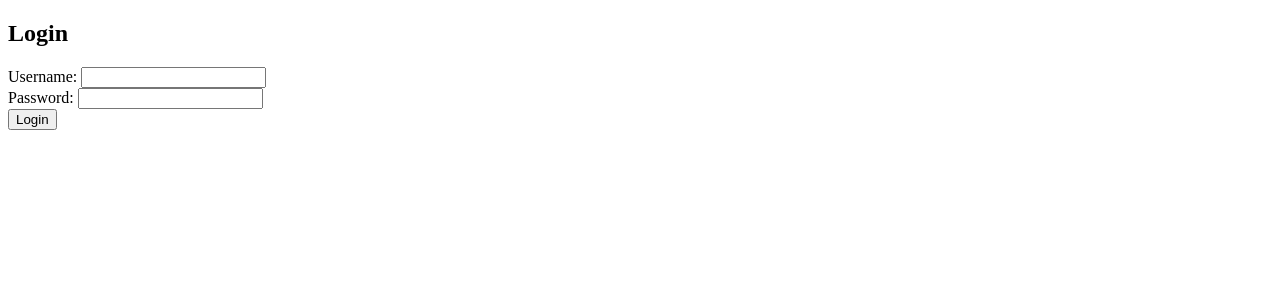
Repository: NguyenHuy-lang/RestaurantMicroserviceFrontEnd
Page: login.html
An editor plug-in stored every save of this project. The page is shown before and after a run of saves, followed by the edit.
The browser window is 1280 px wide. The pictures show the whole page.

Above is the page before, as saved 2023-06-07 05:52:06.

### login.html
<!DOCTYPE html>
<html>
<head>
  <title>Login Form</title>
</head>
<body>
  <form>
    <h2>Login</h2>
    <label for="username">Username:</label>
    <input type="text" id="username" name="username" required>
    <br>
    <label for="password">Password:</label>
    <input type="password" id="password" name="password" required>
    <br>
    <input type="submit" value="Login">
  </form>
</body>
</html>

After the next 5 saves:
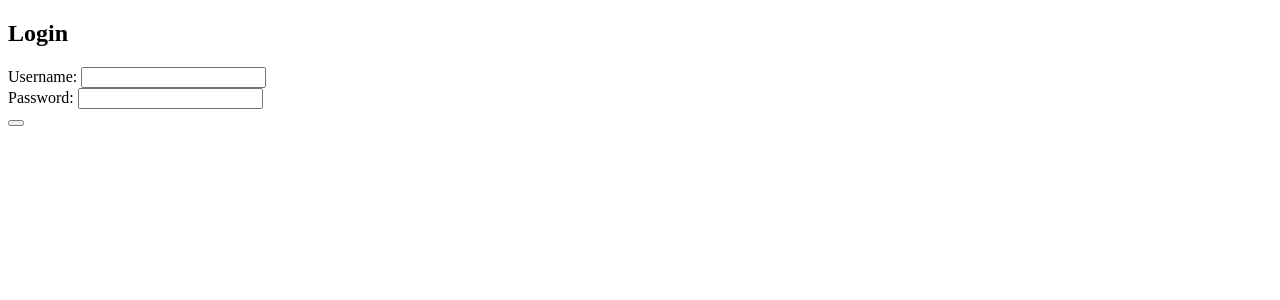
The 5 saves are shown as one change because they came seconds apart.
The last was saved 36 s later.
--- a/login.html
+++ b/login.html
@@ -12,7 +12,7 @@
     <label for="password">Password:</label>
     <input type="password" id="password" name="password" required>
     <br>
-    <input type="submit" value="Login">
+    <button onC="submit" value="Login">
   </form>
 </body>
 </html>
